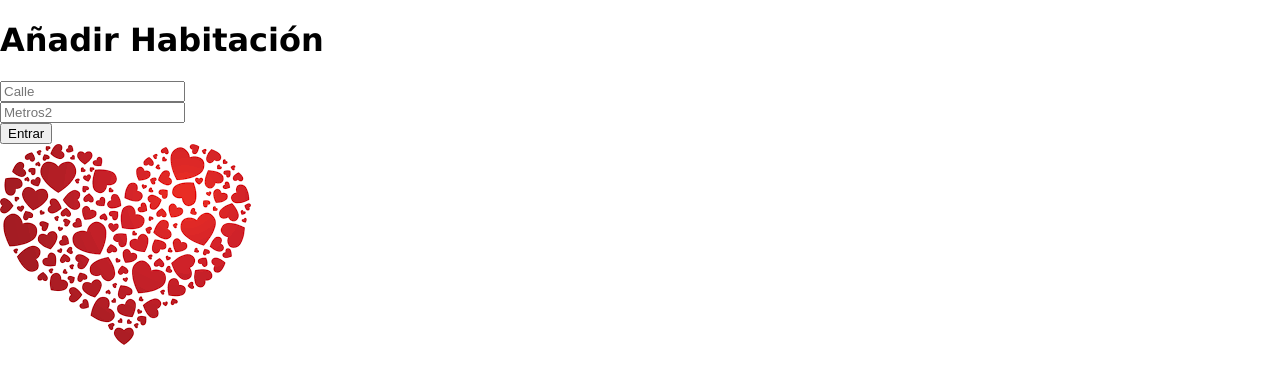
Repository: LazaroRicardo/WORKSPACE
Page: http://localhost/ProyectoMVC2/agnadirhabitacion
These files come from the project's save history. The page is drawn as it stood at one moment and after the next save; the edit follows.
The browser window is 1280 px wide. The pictures show the whole page.
The page is served by Tomcat 9. Other server files are loaded and not shown.

Above is the page before, as saved 2018-11-13 11:59:30.

### javaweb/ProyectoMVC2/WebContent/agnadirhabitacion.jsp
<%@ page language="java" contentType="text/html; charset=ISO-8859-1"
    pageEncoding="ISO-8859-1"%>
<!DOCTYPE html>
<html>
<head>
<meta charset="ISO-8859-1">
<title>Añadir Habitación</title>
<link href="./css/style.css" rel="stylesheet">
</head>
<body>
	<h1>Añadir Habitación</h1>
	<form action="" method="POST">
		<div class="error">${mensajeerror}</div>

		<div><input type="text" placeholder="Calle" name="calle" value="${laHabitacion.calle}" required /></div>
		<div><input type="number" placeholder="Metros2" name="metros2" value="${laHabitacion.m2}" required /></div>

		<div><button>Entrar</button></div>
	</form>
	<img src="./img/images.png" alt="" />
</body>
</html>

### javaweb/ProyectoMVC2/src/com/ricardo/controlers/AgnadirHabitacionServlet.java
package com.ricardo.controlers;

import java.io.IOException;

import javax.servlet.ServletException;
import javax.servlet.annotation.WebServlet;
import javax.servlet.http.HttpServlet;
import javax.servlet.http.HttpServletRequest;
import javax.servlet.http.HttpServletResponse;

import com.ricardo.database.BBDD;
import com.ricardo.modelos.Habitacion;

@WebServlet("/agnadirhabitacion")
public class AgnadirHabitacionServlet extends HttpServlet {
	private static final long serialVersionUID = 1L;

	protected void doGet(HttpServletRequest request, HttpServletResponse response)
			throws ServletException, IOException {

		request.getRequestDispatcher("/agnadirhabitacion.jsp").forward(request, response);
	}

	protected void doPost(HttpServletRequest request, HttpServletResponse response)
			throws ServletException, IOException {

		String callerecibida = request.getParameter("calle");
		String metroscuadradosrecibidos = request.getParameter("metros2");
//para que si meten letras en lugar de metros2 aparezca el mensaje "datos incorrectos":
// esto es para que no me hackeen borrando el html y viendo el mensaje interno de la consola.
		int metroscuadradosrecibidosInt = 0;

		try {
			metroscuadradosrecibidosInt = Integer.parseInt(metroscuadradosrecibidos);
		} catch (Exception e) {
			System.out.println("Excepción!!!: " + e.getMessage());
		}

		System.out.println("Nuevo habitacion recibida:");
		System.out.println("Calle:" + callerecibida);
		System.out.println("Metros Cuadrados:" + metroscuadradosrecibidos);

		Habitacion nuevaHabitacion = new Habitacion(0, callerecibida, metroscuadradosrecibidosInt);

		if (nuevaHabitacion.esValido()) {

			// volver atras si no están correctos los datos:

			BBDD bd = BBDD.getInstance();
			bd.insertaHabitacion(nuevaHabitacion);

			response.sendRedirect("registrarse");

		} else {
			// mensajeerror: está enlazado al jsp cuando no se cumplan los ij, sino los else
			// y se active.
			// datos incorrectos: mensaje que te sale en el jsp si se activa mensajeerror
			request.setAttribute("mensajeerror", "Datos incorrectos");
			// Parametro_para_llamar: palabra que no sirve para nada, pero es necesaria para
			// unir "nuevaHabitacion" al request.
			request.setAttribute("Parametro_para_llamar", nuevaHabitacion);
			this.doGet(request, response);
		}
	}
}

### javaweb/ProyectoMVC2/WebContent/css/style.css
body{
	margin:0;
	padding:0;
	font-family:verdana;
}

After the next save:
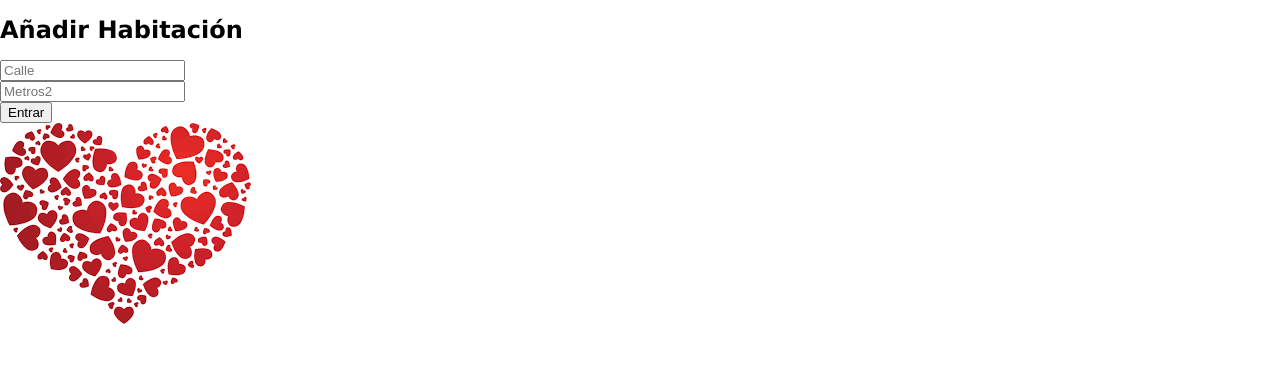
Saved 68 s later.
--- a/javaweb/ProyectoMVC2/WebContent/css/style.css
+++ b/javaweb/ProyectoMVC2/WebContent/css/style.css
@@ -2,4 +2,5 @@ body{
 	margin:0;
 	padding:0;
 	font-family:verdana;
+	font-size:12px;
 }
